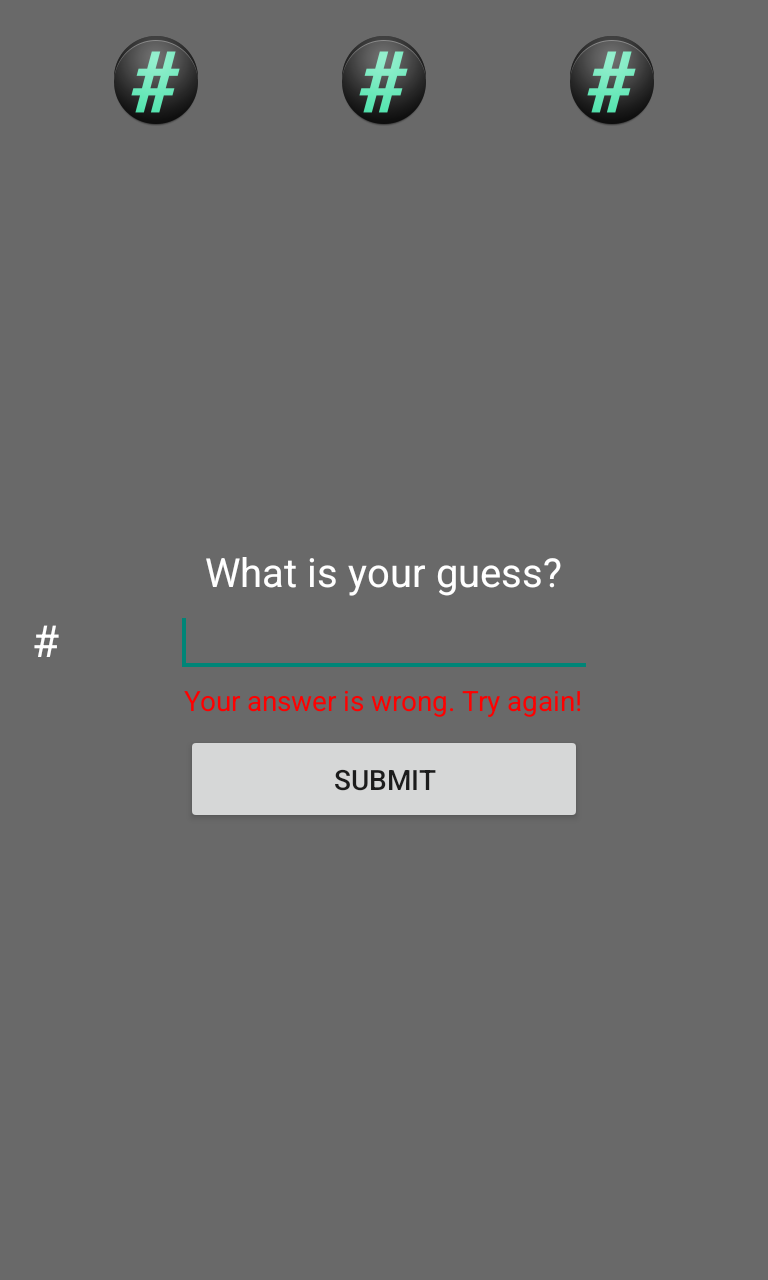
Repository: Hannanina/GuessTag
Layout: GuessTag/res/layout/activity_guess_tag.xml
These files come from the project's save history. The layout is drawn as it stood at one moment and after the next save; the edit follows.
It is drawn on a 768 x 1280 px phone screen (xhdpi) without system bars, with theme AppTheme; the app's code is not run.

Above is the layout before, as saved 2014-12-17 10:34:03.

After the next save:
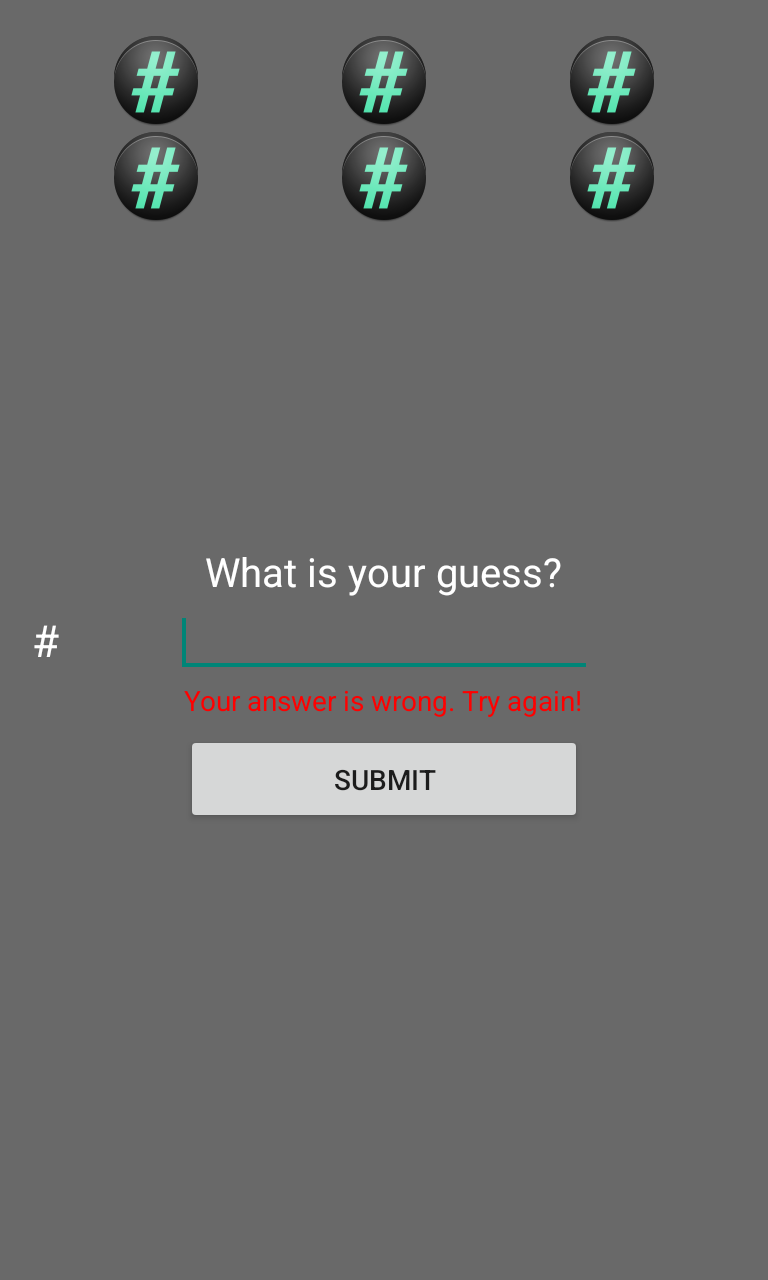
Saved 7 s later.
--- a/GuessTag/res/layout/activity_guess_tag.xml
+++ b/GuessTag/res/layout/activity_guess_tag.xml
@@ -46,7 +46,7 @@
    <LinearLayout
        android:id="@+id/bottom_image_container"
        android:layout_width="fill_parent"
-       android:layout_height="wrap_conent"
+       android:layout_height="wrap_content"
        android:paddingLeft="5dp"
        android:paddingRight="5dp"
        android:layout_below="@+id/top_image_container" >
